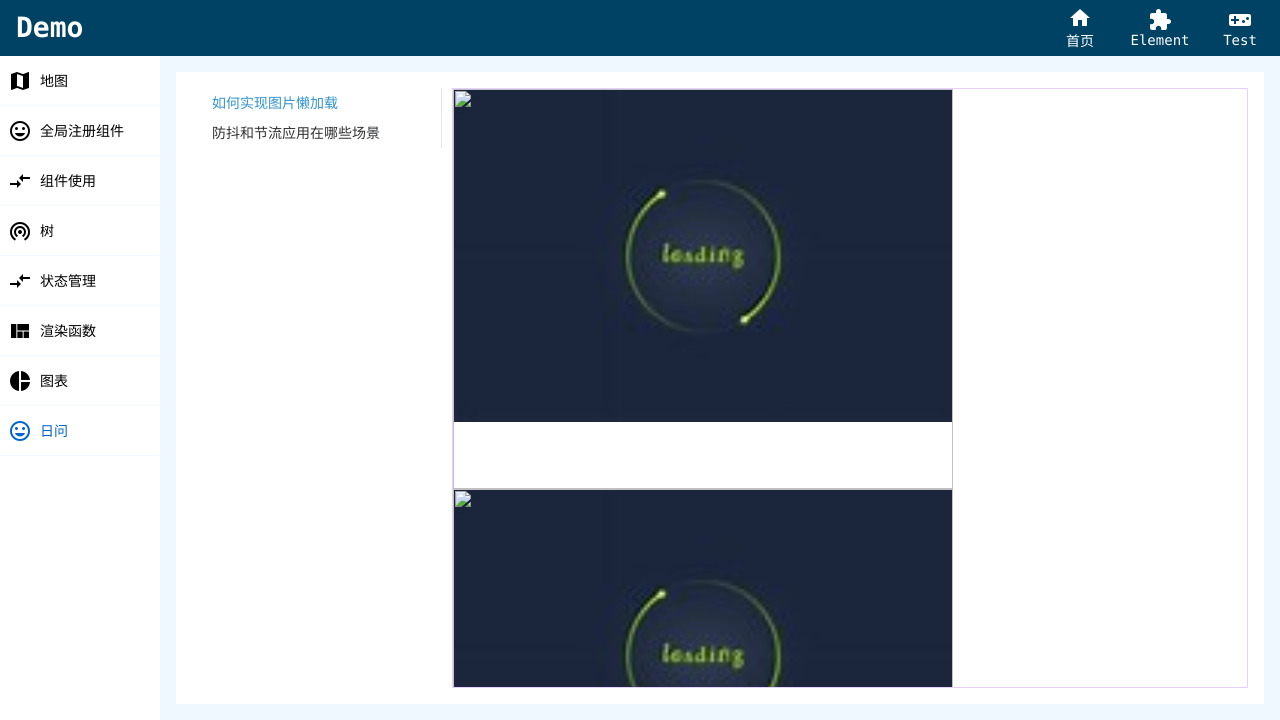
Repository: zh-webliker/element-vue
Page: /lazyLoadingInmg
The author's editor kept a copy of each file at every save. The page is drawn from the files as they stood at one save, then again after the next save.
The browser window is 1280 px wide. The pictures show the whole page.
An inner scrolling area shows only its first screen. The project was rebuilt for these pictures with package versions that can differ from the ones it lists, and the page was loaded fresh each time. Also part of the build but not shown: vue.config.js, src/components/baseComponts/Basebutton.vue, src/components/baseComponts/Basetitle.vue. Imported but missing from the stored project, and not drawn on this page: src/json/contour, src/json/hl.

Above is the page before, as saved 2020-10-09 17:42:06.

### public/index.html
<!DOCTYPE html>
<html lang="en">
  <head>
    <meta charset="utf-8">
    <meta http-equiv="X-UA-Compatible" content="IE=edge">
    <meta name="viewport" content="width=device-width,initial-scale=1.0">
    <link rel="icon" href="<%= BASE_URL %>favicon.ico">
    <title>demo</title>

  </head>
  <body>
    <noscript>
      <strong>We're sorry but demo doesn't work properly without JavaScript enabled. Please enable it to continue.</strong>
    </noscript>
    <div id="app"></div>
    <!-- built files will be auto injected -->
  </body>
</html>

### src/main.js
import Vue from 'vue'
import App from './App.vue'
import router from './router'
import store from './store/store'

import './style/style.scss'
import 'material-icons'

/***
 * 初始化axios
 * https://www.kancloud.cn/yunye/axios/234845
 */
import axios from 'axios'
axios.defaults.baseURL = process.env.NODE_ENV === 'production' ? '/' : '/api';
axios.defaults.headers.withCredentials = true;
Vue.prototype.$axios = axios;

// import './style/test.scss'

/**
 * element
 * */
import Element from 'element-ui'
import './style/element-variables.scss'
Vue.use(Element);


Vue.config.productionTip = false;

// import upperFirst from 'lodash/upperFirst'
// import camelCase from 'lodash/camelCase'

// const requireComponent = require.context(
//   // 其组件目录的相对路径
//   // '../src/components/baseComponts',
//   './components/baseComponts',
//   // 是否查询其子目录
//   false,
//   // 匹配基础组件文件名的正则表达式
//   /Base[A-Z]\w+\.(vue|js)$/
// )
// console.log(requireComponent.keys())
// requireComponent.keys().forEach(fileName => {
//   // 获取组件配置
//   const componentConfig = requireComponent(fileName)
//   // 这个地方直接传入filename其实就是内部会调用了resolve方法，会返回对应的文件内容（不理解可以console一下看看）
//   // 获取组件的 PascalCase 命名
//   const componentName = upperFirst(
//     camelCase(
//       // 获取和目录深度无关的文件名
//       fileName
//         .split('/')
//         .pop()
//         .replace(/\.\w+$/, '')
//     )
//   )

//   // 全局注册组件
//   Vue.component(
//     componentName,
//     // 如果这个组件选项是通过 `export default` 导出的，
//     // 那么就会优先使用 `.default`，
//     // 否则回退到使用模块的根。
//     componentConfig.default || componentConfig
//   )
// })
import Basebutton from './components/baseComponts/Basebutton.vue'
import Basetitle from './components/baseComponts/Basetitle.vue'
Vue.component('Basebutton', Basebutton)
Vue.component('Basetitle', Basetitle)
new Vue({
  router,
  store,
  render: h => h(App)
}).$mount('#app');

### src/App.vue
<template>
  <div id="app">

    <!--header标签和下面的nav标签，是H5新增的标签，相当于有语义的div-->
    <header class="header">

      <h1>{{appName}}</h1>

      <nav>

        <!--router-link是vue自带组件，用于项目内跳转，会编译成a标签-->
        <router-link to="/Main">
          <i class="material-icons">home</i>
          <span>首页</span>
        </router-link>
        <router-link to="/Element">
          <i class="material-icons">extension</i>
          <span>Element</span>
        </router-link>

        <router-link to="/Test">
          <i class="material-icons">videogame_asset</i>
          <span>Test</span>
        </router-link>
        <!--<router-link to="/">
          <i class="material-icons">logout</i>
          <span>退出</span>
        </router-link>-->
      </nav>
    </header>

    <router-view/>

  </div>
</template>

<script>
  const appName = "Demo";

  export default ({
    name: "App",
    data(){
      return {
        appName
      }
    }
  })

</script>

<style lang="scss">

</style>

### src/router.js
import Vue from 'vue'
import Router from 'vue-router'

Vue.use(Router);

export default new Router({
  mode: 'history',
  routes: [
    {
      path: "/",
      redirect: "/Main"
    },
    {
      name: "Main",
      path: "/Main",
      component: ()=> import('./views/main/Main.vue'),
      children: [
        {
          path: "/",
          redirect: "/Main/Map"
        },
        {
          //在router-link跳转中，如果路由设置了name，也可以用name替代path
          name: "Map",
          path: "/Main/Map",
          component: ()=> import('./views/main/Map.vue')
        },
        {
          name: "Icon",
          path: "/Main/Icon",
          component: ()=> import('./views/main/Icon.vue')
        },
        {
          name: "Tree",
          path: "/Main/Tree",
          component: ()=> import('./views/main/Tree.vue')
        },
        {
          name: "Storage",
          path: "/Main/Storage",
          component: ()=> import('./views/main/Storage.vue')
        },
        {
          name: "Storage2",
          path: "/Main/Storage2",
          component: ()=> import('./views/main/Storage2.vue')
        },
        {
          name: "Deliver",
          path: "/Main/Deliver",
          component: ()=> import('./views/main/Deliver.vue')
        },
        {
          name: "Charts",
          path: "/Main/Charts",
          component: ()=> import('./views/main/Charts.vue')
        },
        {
          name: "dailyQuestion",
          path: "/dailyQuestion",
          component: ()=> import('./views/main/dailyQuestion.vue'),
          children: [
            {
              name: "lazyLoadingInmg",
              path: "/lazyLoadingInmg",
              component: ()=> import('./components/dailyQuestion/lazyLoadingInmg.vue')
            },
            {
              name: "debounce",
              path: "/debounce",
              component: ()=> import('./components/dailyQuestion/debounce.vue')
            },
          ]
        }
      ]
    },
    {
      name: "Element",
      path: "/Element",
      component: ()=> import('./views/element/ElementMain.vue'),
      children: [
        {
          path: "/",
          redirect: "/Element/Table"
        },
        {
          name: "Table",
          path: "/Element/Table",
          component: ()=> import('./views/element/Table.vue'),
        },
        {
          name: "Tab",
          path: "/Element/Tab",
          component: ()=> import('./views/element/Tab.vue'),
        },
        {
          name: "Form",
          path: "/Element/Form",
          component: ()=> import('./views/element/Form.vue'),
        },
        {
          name: "Tree",
          path: "/Element/Tree",
          component: ()=> import('./views/element/Tree.vue'),
        }
      ]
    },

    {
      name: "Test",
      path: "/Test",
      component: ()=> import('./views/test/Test.vue'),
      redirect: "/Test/Mixin",

      children:[
        {
          name: "Mixin",
          path: "/Test/Mixin",
          component: ()=> import('./views/test/mixins/Index.vue')
        },
        {
          name: "DraggableModule",
          path: "/Test/DraggableModule",
          component: ()=> import('./views/test/draggable/DraggableModule.vue')
        }
      ]
    },

    //把404页面放到最后匹配剩下的全部页面
    {
      name: "404",
      path: "*",
      component: ()=> import('./views/404.vue'),
    }

  ]
})

### src/store/store.js
import Vue from 'vue'
import Vuex from 'vuex'

import StorageStore from './StorageStore'

Vue.use(Vuex);

export default new Vuex.Store({
  state: {

  },
  mutations: {

  },
  actions: {

  },

  //引入模组store
  modules: {
    storage: StorageStore
  }
})

### src/style/style.scss


/*theme*/
$primaryColor: #0065cb;
$primaryTextColor: white;
$primaryBgColor: #004264;
$bgColor: white;

/*global*/
a {
  text-decoration: none;
  color: inherit;
}
.page {
  position: absolute;
  top: 56px;
  bottom: 0;
  left: 0;
  right: 0;
  background-color: aliceblue;
}


/*body*/
body{
  padding: 0; margin: 0;
  font-family: 'Consolas', 'Microsoft YaHei UI';
  font-size: 14px;
}

/*header*/
header {
  background-color: $primaryBgColor;
  color: $primaryTextColor;
  padding: 0 16px;
  position: relative;
  height: 56px;

  h1 {
    margin: 0;
    line-height: 56px;
  }

  nav {
    position: absolute;
    right: 0;
    top: 0;
    height: 100%;
    cursor: pointer;
    display: flex;
    justify-content: center;

    a {
      display: inline-flex;
      width: 80px;
      height: 100%;
      justify-content: center;
      flex-direction: column;
      text-align: center;

      &:hover{
        background-color: rgba(255,255,255,0.1);
      }

      &.router-link-active{
        background-color: rgba(255,255,255,0.4);
      }
    }
  }
}

/*left navbar*/
.left-nav {
  position: absolute;
  width: 160px;
  top: 0;
  bottom: 0;
  left: 0;
  background-color: white;
  //color: $primaryTextColor;


  a {
    position: relative;
    display: flex;
    width: 100%;
    height: 50px;
    cursor: pointer;

    &:hover{
      //background-color: rgba(100,100,100,0.1);
      color: rgb(100,100,100);
    }
    &.router-link-active{
      //background-color: rgba(0,0,0,0.1);
      color: $primaryColor;
    }
    &:after{
      content: "";
      position: absolute;
      bottom: 0;
      width: 100%;
      height: 1px;
      //transform: scaleY(0.5);
      background-color: aliceblue;
    }

    i {
      line-height: 50px;
      width: 40px;
      text-align: center;
      font-size: 24px;
    }
    span {
      line-height: 50px;
      font-size: 14px;
    }

  }
}


.page-content {
  position: absolute;
  left: 160px;
  top: 0;
  bottom: 0;
  right: 0;
  //background-color: aliceblue;
  margin: 16px;
  padding: 16px;
  background-color: white;
  overflow-y: auto;
  overflow-x: auto;

  article{
    padding-bottom: 80px;
  }
}

### src/style/element-variables.scss
/* 改变主题色变量 */
// $--color-primary: #00806a;
$--color-primary: rgb(51, 147, 207);
// $--color-danger:pink;
/* 改变 icon 字体路径变量，必需 */
$--font-path: '~element-ui/lib/theme-chalk/fonts';

@import "~element-ui/packages/theme-chalk/src/index";

.el-main>div:nth-child(2){
  padding: 16px;
}

### src/views/main/Main.vue
<template>
  <div class="page">

    <nav class="left-nav">
      <router-link to="Map">
        <i class="material-icons">map</i>
        <span>地图</span>
      </router-link>
      <router-link to="Icon">
        <i class="material-icons">insert_emoticon</i>
        <span>全局注册组件</span>
      </router-link>
      <router-link to="Storage2">
        <i class="material-icons">compare_arrows</i>
        <span>组件使用</span>
      </router-link>
      <router-link to="Tree">
        <i class="material-icons">wifi_tethering</i>
        <span>树</span>
      </router-link>
      <router-link to="Storage">
        <i class="material-icons">compare_arrows</i>
        <span>状态管理</span>
      </router-link>
      <router-link to="Deliver">
        <i class="material-icons">view_quilt</i>
        <span>渲染函数</span>
      </router-link>
      <router-link to="Charts">
        <i class="material-icons">pie_chart</i>
        <span>图表</span>
      </router-link>
      <router-link to="lazyLoadingInmg">
        <i class="material-icons">insert_emoticon</i>
        <span>日问</span>
      </router-link>
    </nav>

    <div class="page-content">
      <router-view/>
    </div>
  </div>
</template>

<script>
  export default {
    name: "Main"
  }
</script>

<style scoped>

</style>

### src/views/main/dailyQuestion.vue
<template>
  <div class="dailyQuestionPage">
    <nav class="leftNav">
      <el-menu :default-active="isActive" router>
        <el-menu-item v-for='i in menu' :key='i.id' :index="i.url">{{i.title}}</el-menu-item>
      </el-menu>
    </nav>
    <div class="rightContent">
      <router-view></router-view>
    </div>
  </div>
</template>

<script>
export default {
  name: 'dailyQuestion',
  data () {
    return {
      menu: [
        {title: '如何实现图片懒加载', url: '/lazyLoadingInmg' , id: '1'},
        {title: '防抖和节流应用在哪些场景', url: '/debounce', id: '2'}
      ],
    }
  },
  computed: {
    isActive () {
      console.log(this.$route.name)
      if (this.$route.name === 'dailyQuestion') {
        return '/lazyLoadingInmg'
      } else {
        return this.$route.path
      }
    }
  }
}
</script>

<style lang='scss' scoped>
.dailyQuestionPage {
  display: flex;
  height: 100%;
  .leftNav {
    width: 250px;
    height: 100%;
    // background: rgb(252, 253, 201);
    margin-right: 10px;
    .el-menu-item {
      height: 30px;
      line-height: 30px;
    }
  }
  .rightContent {
    flex: 1 1 auto;
    // min-width: 300px;
    border: 1px solid rgb(231, 209, 252);
  }
}
</style>

### src/components/dailyQuestion/lazyLoadingInmg.vue
<template>
  <div class="lazyLoadingInmgPage">
    <el-scrollbar style="height: 100%;" ref="scrollbar">
      <div class="father" ref="father">
        <div v-for="(i, index) in imgArray" :key="index" class="imgbox">
          <img src="" :data-src='i.url' class="lazy-image">
        </div>
      </div>
    </el-scrollbar>
  </div>
</template>

<script>
import _ from 'lodash'
export default {
  name: 'lazyLoadingInmg',
  data () {
    return {
      imgArray: [
        {url: require('../../assets/photos/1.jpeg')},
        {url: require('../../assets/photos/2.jpg')},
        {url: require('../../assets/photos/3.jpg')},
        {url: require('../../assets/photos/1.jpeg')},
        {url: require('../../assets/photos/2.jpg')},
        {url: require('../../assets/photos/3.jpg')},
        // 加require 因为在动态加载图片时，webpack会把图片当成模块处理，所以url-loader无法解析图片地址
        // npm run serve / build 后导致图片路径没有进行处理
      ]
    }
  },
  mounted () {
    const scrollbar = this.$refs.scrollbar.wrap
    scrollbar.addEventListener('scroll', _.throttle(this.updatePosition, 100))
    // scrollbar.addEventListener('scroll', this.updatePosition1)

  },
  methods: {
    updatePosition () {
      // console.log('aaa')
      // console.log(document.getElementsByClassName('imgbox')[5].getBoundingClientRect().top < document.documentElement.clientHeight)
      const imgbox = document.getElementsByClassName('lazy-image')
      for (let i = 0; i < imgbox.length; i++) {
        console.log(imgbox[i].getBoundingClientRect().top, document.documentElement.clientHeight)
        if (imgbox[i].getBoundingClientRect().top < document.documentElement.clientHeight) {
          imgbox[i].src = imgbox[i].dataset.src //
          console.log(imgbox[i])
        }
      }
    },
    updatePosition1 () {
      // console.log('bbb')
    }
  }
}
</script>

<style lang='scss' scoped>
.lazyLoadingInmgPage {
  height: 100%;
  .el-scrollbar__wrap{
    overflow-y: scroll;
    overflow-x: hidden !important;
  }
  .father {
    height: 2400px;
    .lazy-image {
      background: url('../../assets/photos/th.jpg') no-repeat;
      background-size: 100%;
    }
  }
  .imgbox {
    width: 500px;
    height: 400px;
    img {
      display: block;
      width: 100%;
      height: 100%;
    }
  }
}
</style>

### src/store/StorageStore.js

//vuex store 模块
//https://vuex.vuejs.org/zh/guide/modules.html

export default {

  //开启命名空间
  namespaced: true,

  //状态
  state: {
    "storageText": "请输入一些文字",
    "storageTime": 0
  },

  //set操作
  mutations: {
    setText: (state, text)=> state.storageText = text,
    setTime: (state, time)=> state.storageTime = time
  },

  //批量操作，可以执行异步
  actions: {
    setStorage(context, obj){
      context.commit('setText', obj.text);
      context.commit('setTime', obj.time);
    }
  },

  //get操作
  getters:{
    getText(state) {
      return state.storageText;
    },
    getTime(state) {
      return state.storageTime;
    },
    getNextTime(state){
      return state.storageTime + 60;
    }
  }
}

After the next save:
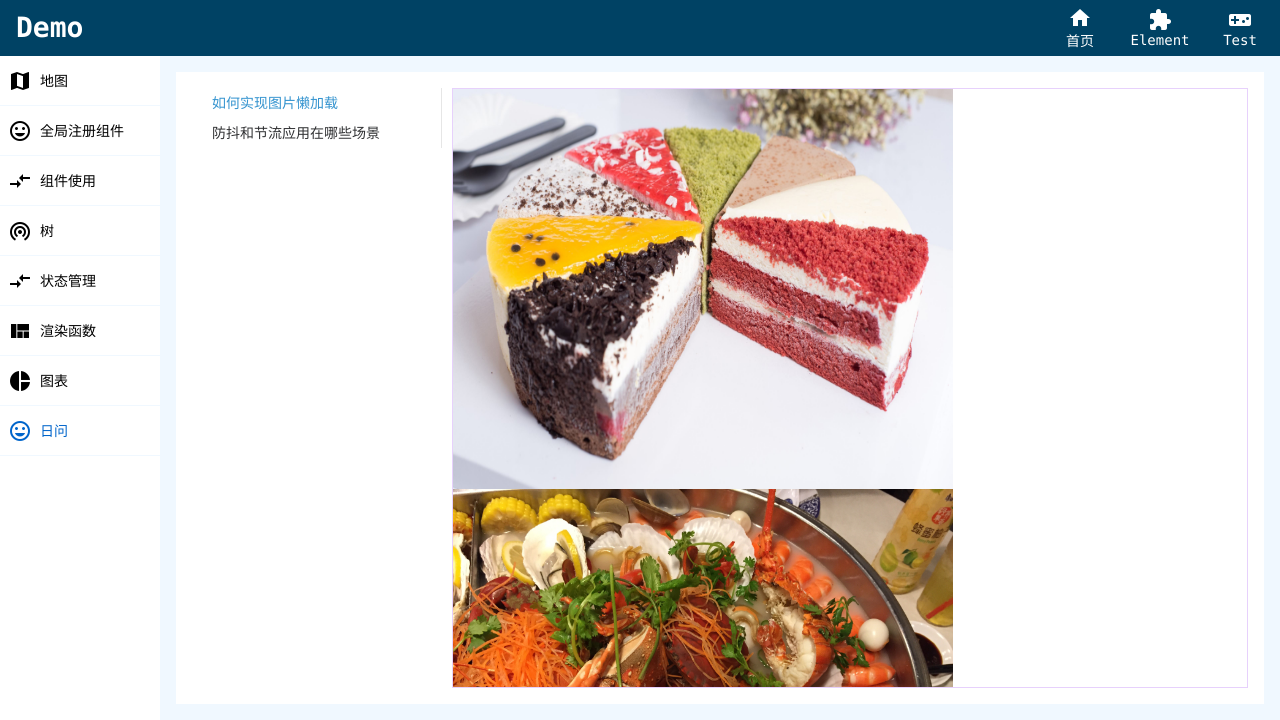
Saved 29 s later.
--- a/src/components/dailyQuestion/lazyLoadingInmg.vue
+++ b/src/components/dailyQuestion/lazyLoadingInmg.vue
@@ -29,6 +29,7 @@ export default {
     }
   },
   mounted () {
+    this.updatePosition()
     const scrollbar = this.$refs.scrollbar.wrap
     scrollbar.addEventListener('scroll', _.throttle(this.updatePosition, 100))
     // scrollbar.addEventListener('scroll', this.updatePosition1)
